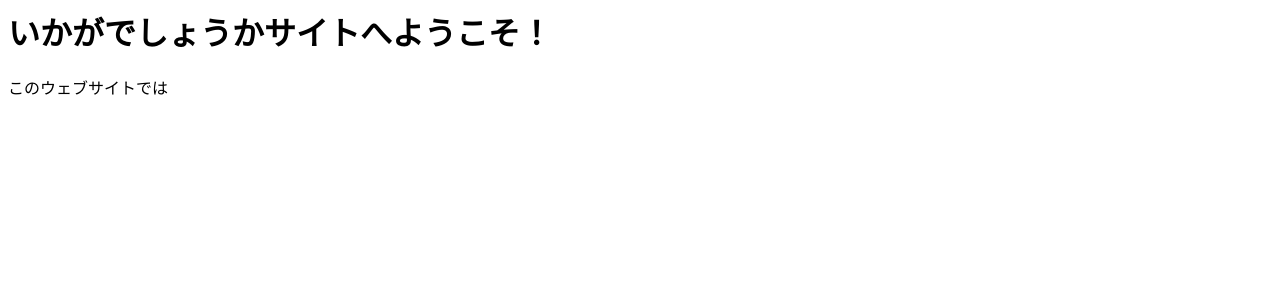
Repository: ghevp/ikagadeshoka
Page: page/home.html
The author's editor kept a copy of each file at every save. The page is drawn from the files as they stood at one save, then again after a run of saves.
The browser window is 1280 px wide. The pictures show the whole page.

Above is the page before, as saved 2022-06-23 02:46:46.

After the next 2 saves:
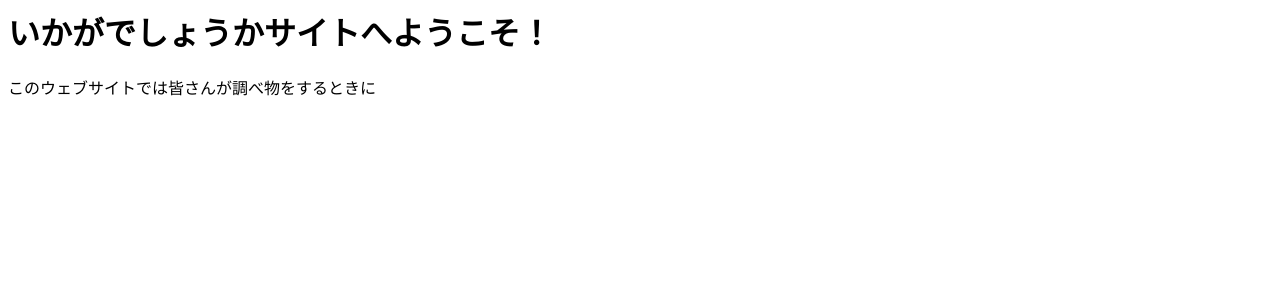
The 2 saves are shown as one change because they came seconds apart.
The last was saved 11 s later.
--- a/page/home.html
+++ b/page/home.html
@@ -1,4 +1,4 @@
 <div class="home">
     <h1>いかがでしょうかサイトへようこそ！</h1>
-    <p>このウェブサイトでは</p>
+    <p>このウェブサイトでは皆さんが調べ物をするときに</p>
 </div>
